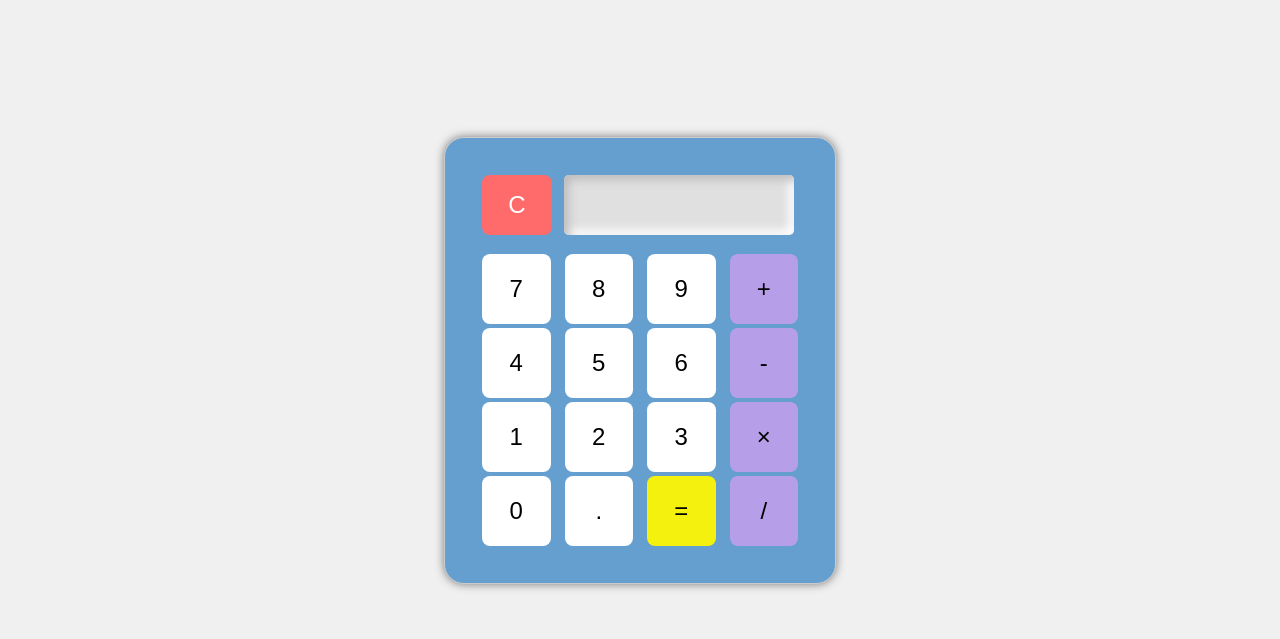
Repository: Burnmyheart/calculator
Page: index.html
An editor plug-in stored every save of this project. The page is shown before and after the next save, followed by the edit.
The browser window is 1280 px wide. The pictures show the whole page.

Above is the page before, as saved 2025-04-29 00:10:04.

### index.html
<!DOCTYPE html>
<html lang="en">
  <head>
    <meta charset="UTF-8" />
    <meta name="viewport" content="width=device-width, initial-scale=1.0" />
    <title>Калькулятор</title>
    <link rel="stylesheet" href="style.css" />
  </head>
  <body>
    <div class="calculator">
      <!-- Поле вывода и кнопка сброса -->
      <div class="display-container">
        <button class="clear" onclick="clearDisplay()">C</button>
        <input class="input" type="text" id="display" readonly />
      </div>

      <!-- Кнопки калькулятора -->
      <div>
        <button onclick="addNumber('7')">7</button>
        <button onclick="addNumber('8')">8</button>
        <button onclick="addNumber('9')">9</button>
        <button class="operation" onclick="addOperation('+')">+</button>
      </div>
      <div>
        <button onclick="addNumber('4')">4</button>
        <button onclick="addNumber('5')">5</button>
        <button onclick="addNumber('6')">6</button>
        <button class="operation" onclick="addOperation('-')">-</button>
      </div>
      <div>
        <button onclick="addNumber('1')">1</button>
        <button onclick="addNumber('2')">2</button>
        <button onclick="addNumber('3')">3</button>
        <button class="operation" onclick="addOperation('*')">×</button>
      </div>
      <div>
        <button onclick="addNumber('0')">0</button>
        <button onclick="addNumber('.')">.</button>
        <button class="calculate" onclick="calculate()">=</button>
        <button class="operation" onclick="addOperation('/')">/</button>
      </div>
    </div>

    <script src="calculator.js"></script>
  </body>
</html>

### style.css
/* Базовые стили для читаемости */
body {
  display: flex;
  justify-content: center;
  align-items: center;
  min-height: 100vh;
  margin: 0;
  background-color: #f0f0f0;
}

.calculator {
  background-color: #649fcf;
  padding: 35px;
  border: 1px solid #ccc;
  border-radius: 20px;
  width: 320px;
  box-shadow: 0 0 10px 0 rgba(0, 0, 0, 0.5);
}

input {
  border-radius: 10px;
  background: #e0e0e0;
  box-shadow: inset 5px 5px 10px #bebebe, inset -5px -5px 10px #ffffff;
}

.display-container {
  margin-bottom: 15px;
  display: flex;
  align-items: center;
  gap: 10px;
}

#display {
  width: 200px;
  height: 50px;
  padding: 5px 15px;
  text-align: right;
  font-size: 24px;
  border-radius: 5px;
  border: none;
}

.calculator > div:not(.display-container) {
  display: flex;
  justify-content: center;
  gap: 10px;
}

button {
  width: 70px;
  height: 70px;
  margin: 2px;
  border: none;
  background-color: white;
  border-radius: 8px;
  font-size: 24px;
  cursor: pointer;
  transition: all 0.2s ease;
}
button:hover {
  transform: scale(1.1);
  box-shadow: 0 0 10px rgba(0, 0, 0, 0.2);
}

.clear {
  background-color: #ff6b6b;
  color: white;
  height: 60px;
}
.clear:hover {
  background-color: #ff5252;
}
.calculate {
  background-color: #f5f10f;
}
.calculate:hover {
  background-color: #e6e200;
}
.operation {
  background-color: #ef9efa98;
}
.operation:hover {
  background-color: #ef9efa;
}

### calculator.js
// Получаем элемент дисплея
const display = document.getElementById("display");

// Переменные для хранения данных
let firstNumber = "";
let operator = "";
let newNumber = false;

// Добавление цифры
function addNumber(num) {
  if (newNumber) {
    display.value = num;
    newNumber = false;
  } else {
    display.value += num;
  }
}

// Добавление операции
function addOperation(op) {
  if (display.value !== "") {
    firstNumber = display.value;
    operator = op;
    newNumber = true;
  }
}

// Вычисление результата
function calculate() {
  if (firstNumber && operator && display.value) {
    let result;
    let a = parseFloat(firstNumber);
    let b = parseFloat(display.value);

    switch (operator) {
      case "+":
        result = a + b;
        break;
      case "-":
        result = a - b;
        break;
      case "*":
        result = a * b;
        break;
      case "/":
        if (b === 0) {
          result = "Ошибка";
        } else {
          result = a / b;
        }
        break;
    }

    display.value = result;
    firstNumber = "";
    operator = "";
    newNumber = true;
  }
}

// Очистка дисплея
function clearDisplay() {
  display.value = "";
  firstNumber = "";
  operator = "";
  newNumber = false;
}

document.addEventListener("keydown", function (event) {
  if (/[0-9.]/.test(event.key)) {
    addNumber(event.key);
  } else if (["+", "-", "*", "/"].includes(event.key)) {
    addOperation(event.key);
  } else if (event.key === "=" || event.key === "Enter") {
    calculate();
  } else if (event.key === "Escape" || event.key === "Delete") {
    clearDisplay();
  } else if (event.key === "Backspace") {
    display.value = display.value.slice(0, -1);
  }
});

After the next save:
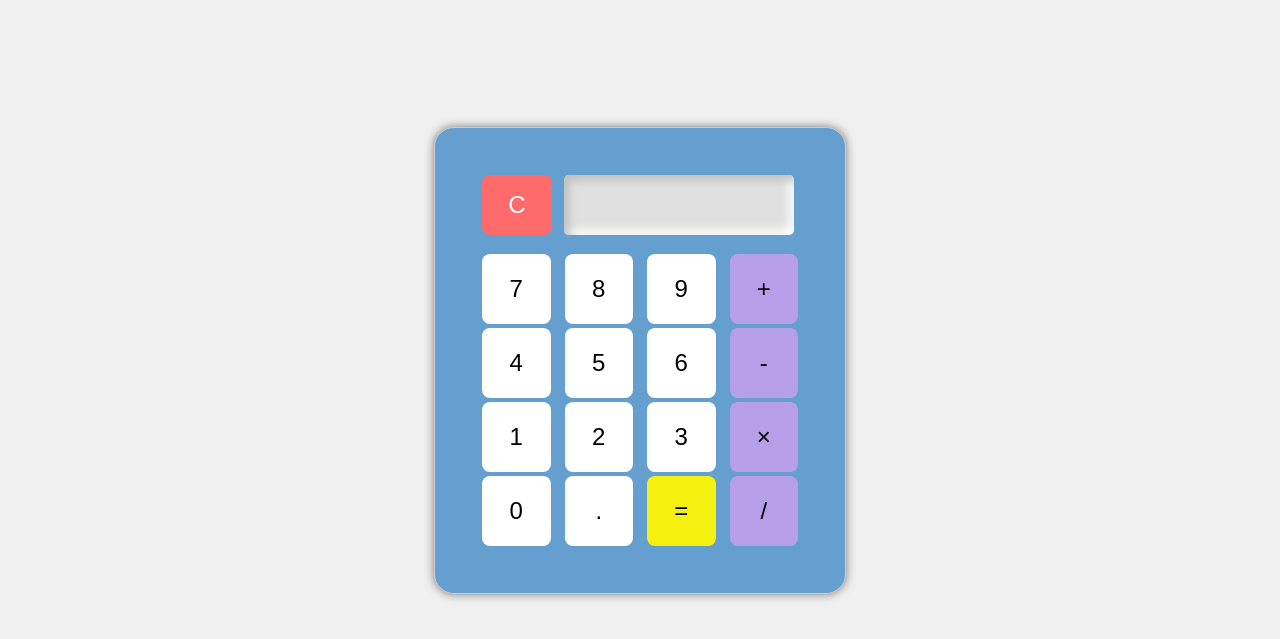
Saved 45 s later.
--- a/style.css
+++ b/style.css
@@ -10,7 +10,7 @@
 
 .calculator {
   background-color: #649fcf;
-  padding: 35px;
+  padding: 45px;
   border: 1px solid #ccc;
   border-radius: 20px;
   width: 320px;

After the save that followed:
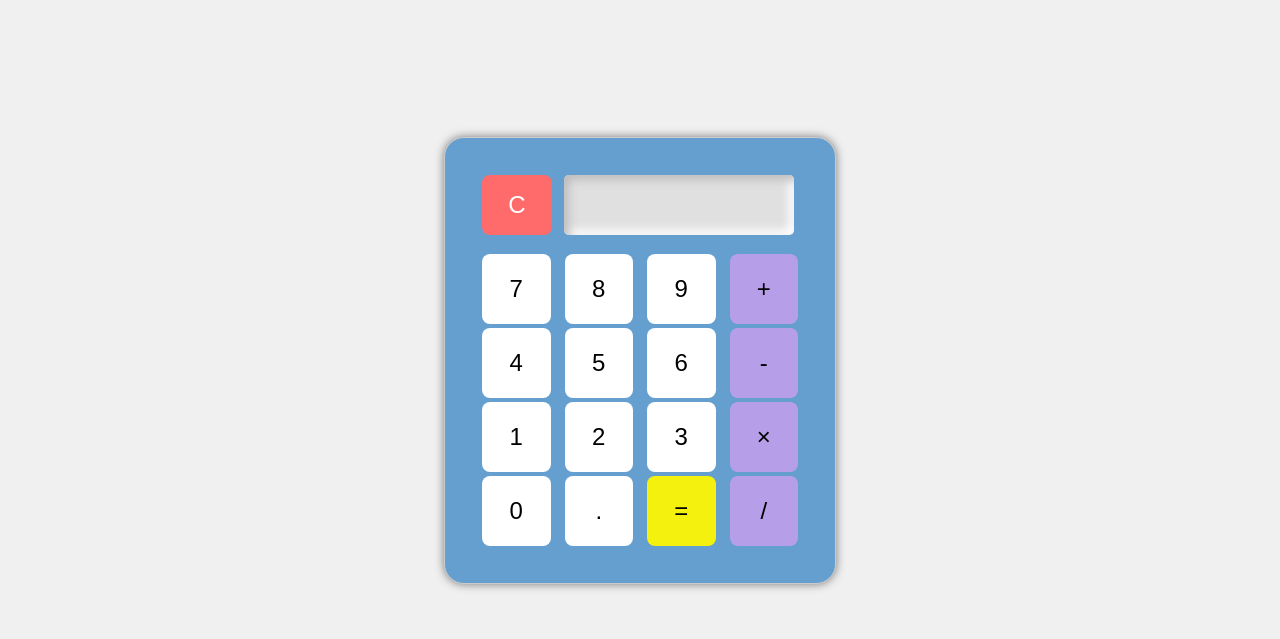
Saved 5 s later.
--- a/style.css
+++ b/style.css
@@ -10,7 +10,7 @@
 
 .calculator {
   background-color: #649fcf;
-  padding: 45px;
+  padding: 35px;
   border: 1px solid #ccc;
   border-radius: 20px;
   width: 320px;
